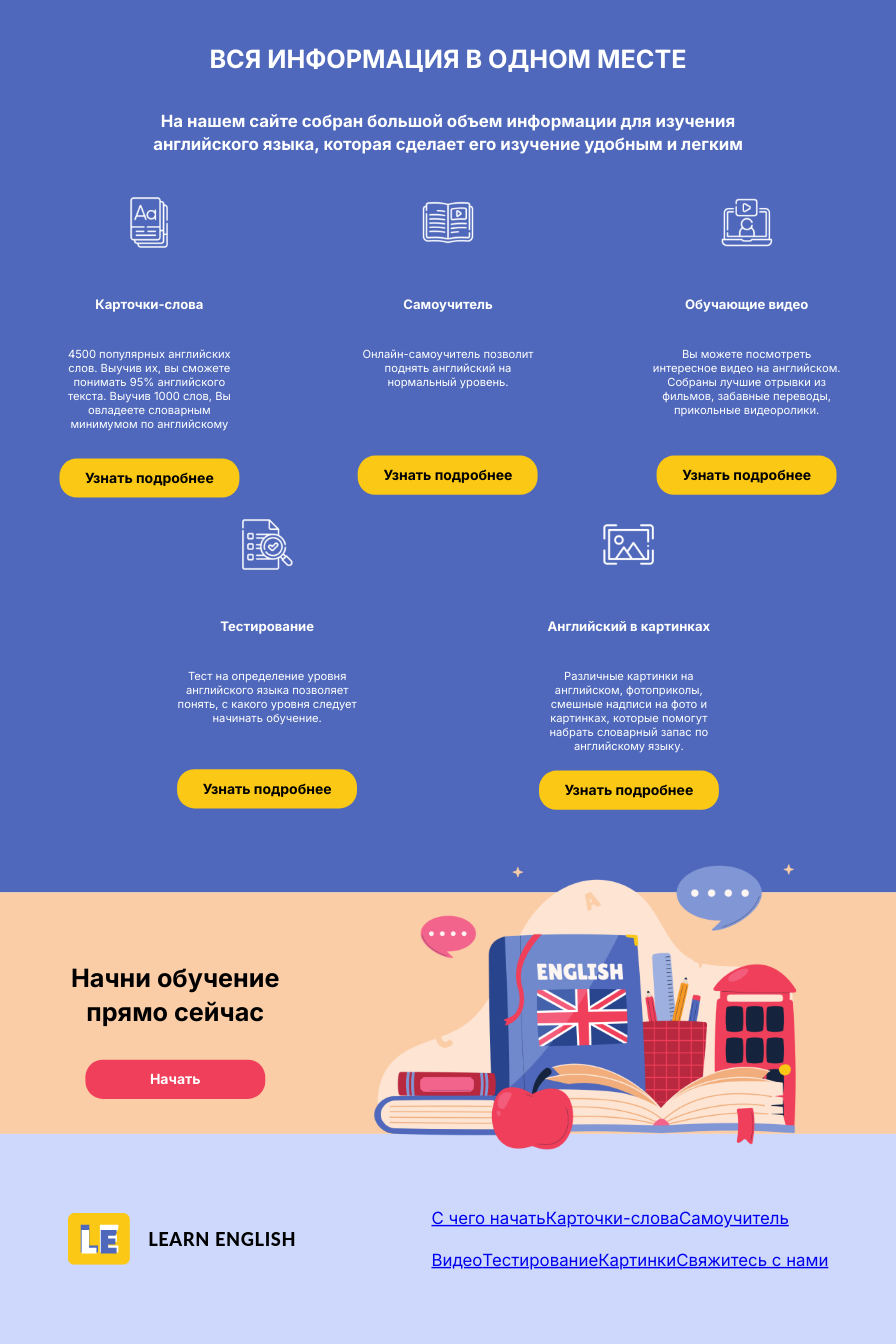
Repository: WladimirVA/Diplom
Page: scool/index.html
These files come from the project's save history. The page is drawn as it stood at one moment and after the next save; the edit follows.
The browser window is 1280 px wide. The pictures show the part of the page from y = 1377 to 3297 px (the page is 3297 px tall), at 70% of full size.

Above is the page before, as saved 2023-07-19 15:02:07.

### scool/index.html
<!DOCTYPE html>
<html lang="en">
<head>
    <meta charset="UTF-8">
    <meta name="viewport" content="width=device-width, initial-scale=1.0">
    <link href="./css/index.css" rel="stylesheet" type="text/css">
    <link href="../static/css/fonts.css" rel="stylesheet" type="text/css">
    <link rel="icon" sizes="16x16" href="./img/Vector.svg" type="image/x-icon">
    <title>Learn english</title>
</head>
<body>
    <header class="header" di="HOME">
        <div class="section">
            <div class="section-header">
                <div class="logo">
                    <img src="./img/Vector.svg">
                    <p>Learn english</p>
                </div>
                <div>

                    <ul class="ddropdownn">
                        <li class="ddropdownn-top">
                        <a class="ddropdownn-top" href="#">С чего начать</a>
                        </li>
                        <li class="ddropdownn-top">
                            <a class="ddropdownn-top" href="mailto:dyadichenko_va@mail.ru">Свяжитесь с нами</a>
                        </li>
                        <li class="ddropdownn-top">
                        <a class="ddropdownn-top" href="#">Обучение &#9660;</a>
                            <ul class="ddropdownn-inside">
                                <li><a href="/">Карточки-слова</a></li>
                                <li><a href="/">Самоучитель</a></li>
                                <li><a href="/">Видео</a></li>
                                <li><a href="/">Тестирование</a></li>
                                <li><a href="/">Картинки</a></li>
                            </ul>
                        </li>

                    </ul>
                </div>
            </div>
        </div>
    </header>
    <main>
        <section class="BEGINNES">
            <div class="section">
                <div class="content-beginners">
                    <div class="beginners-inf">
                        <h1>Английский <br>для начинающих</h1>
                        <p>Огромный объём <span  style="font-weight:900"> бесплатный <br></span> информации для изучения английского языка</p>
                        <div>
                            <ul class="home_ul">
                                <li class="home_li"><img class="check" src="./img/Иконка _Галочка_ 3.svg">Без регистрации</li>
                                <li class="home_li"><img class="check" src="./img/Иконка _Галочка_ 3.svg">Удобно и легко</li>
                            </ul>
                        </div>
                        <div class="buttonsHome">
                            <form action="#" method="post">
                                <button class="button_home">Начать обучение</button>
                            </form>
                        </div>
                    </div>
                    <div class="beginners-img">
                        <img src="./img/BACKGROUND.png" alt="foto">
                    </div>
                </div>
            </div>
        </section>
        <section class="LEARNING">
            <div class="section">
                <div class="content-learning">
                    <h1>С чего начать изучение<br> английского языка</h1>
                        <div class="learning">
                            <div class="img-learning">
                                <img src="./img/Group 31.png" alt="foto">
                            </div>
                            <div class="learning-text">
                                <div>
                                    <p class="popular">Самым популярным языком в мире является английский язык</p>
                                </div>
                                <div class="learning-text-img">
                                    <img src="./img/1.png" alt="number1">
                                    <p>Если у Вас уже есть определённые знания английского языка, проверьте свой уровень владения языком с помощью онлайн-тестирования, созданного по междунарожным стандартам</p>
                                </div>
                                <div class="learning-text-img">
                                    <img src="./img/2.png" alt="number2">
                                    <p>Если Вы решили изучать английский впервые, то начните с карточек-слов. Каждый день пробегайте по 20-100 слов</p>
                                </div>
                            </div>
                        </div>
                </div>
            </div>
        </section>
        <section class="INFORMATION">
            <div class="section">
                <div class="content-information">
                    <div class="information-text">
                        <h1>Вся информация в одном месте</h1>
                        <p>На нашем сайте собран большой объем информации для изучения <br> английского языка, которая сделает его изучение удобным и легким</p>
                    </div>
                </div>
                <div class="information">
                    <div class="information1">
                        <div class="a">
                            <img src="./img/Mask group.png" alt="foto">
                            <h3>Карточки-слова</h3>
                            <p>4500 популярных английских слов. Выучив их, вы сможете понимать 95% английского текста. Выучив 1000 слов,
                                Вы овладеете словарным минимумом по английскому</p>
                            <form class="buttton-inf1" action="#" method="post">
                                <button class="button_home">Узнать подробнее</button>
                            </form>
                        </div>
                        <div class="b">
                            <img src="./img/Mask group2.png" alt="foto">
                            <h3>Самоучитель</h3>
                            <p>Онлайн-самоучитель позволит поднять английский на нормальный уровень.</p>
                            <form class="buttton-inf2" action="#" method="post">
                                <button class="button_home">Узнать подробнее</button>
                            </form>
                        </div>
                        <div class="c">
                            <img src="./img/Mask group3.png" alt="foto">
                            <h3>Обучающие видео</h3>
                            <p>Вы можете посмотреть интересное видео на английском. Собраны лучшие отрывки из фильмов, забавные переводы, прикольные видеоролики.</p>
                            <form class="buttton-inf3" action="#" method="post">
                                <button class="button_home">Узнать подробнее</button>
                            </form>
                        </div>
                    </div>
                    <div class="information2">
                        <div class="d">
                            <img src="./img/Mask group4.png" alt="foto">
                            <h3>Тестирование</h3>
                            <p>Тест на определение уровня английского языка позволяет понять, с какого уровня следует начинать обучение.</p>
                            <form class="buttton-inf4" action="#" method="post">
                                <button class="button_home">Узнать подробнее</button>
                            </form>
                        </div>
                        <div class="e">
                            <img src="./img/Mask group5.png" alt="foto">
                            <h3>Английский в картинках</h3>
                            <p>Различные картинки на английском, фотоприколы, смешные надписи на фото и картинках, которые помогут набрать словарный запас по английскому языку.</p>
                            <form class="buttton-inf5" action="#" method="post">
                                <button class="button_home">Узнать подробнее</button>
                            </form>
                        </div>
                    </div>
                </div>
            </div>
        </section>
        <section class="TRANING">
            <div class="section">
                <div class="training">
                    <div class="training-inf">
                        <p>Начни обучение <br>прямо сейчас</p>
                        <form class="buttton-training1">
                            <button class="button_home buttton-training">Начать</button>
                        </form>
                    </div>
                    <div class="training-img">
                        <img src="./img/image 2 (3).png" alt="number2">
                    </div>
                </div>
            </div>
        </section>
    </main>
    <footer class="FOOTER">
        <div class="section">
            <div class="section-footer">
                <div class="logo">
                    <img src="./img/Vector.svg">
                    <p>Learn english</p>
                </div>
                <div class="ddropdownn-footer">
                    <div class="ddropdownn-menu">
                        <ul class="ddropdownn1">
                            <li><a href="#">С чего начать</a></li>
                            <!-- <li><a href="#">Обучение</a></li> -->
                            <li><a href="#">Карточки-слова</a></li>
                            <li><a href="#">Самоучитель</a></li>
                        </ul>
                    </div>
                    <div class="ddropdownn-menu">
                        <ul class="ddropdownn2">
                            <li><a href="#">Видео</a></li>
                            <li><a href="#">Тестирование</a></li>
                            <li><a href="#">Картинки</a></li>
                            <li><a class="link" href="mailto:dyadichenko_va@mail.ru">Свяжитесь с нами</a></li>
                        </ul>
                    </div>
                </div>
            </div>
        </div>
    </footer>
</body>
</html>

### scool/css/index.css
body {
    scroll-behavior: smooth;
    align-items: center;
    width: 100%;
    max-width: 1366px;
    margin: auto;
    font-family: 'Inter', 'Work Sans', "NunitoSans-Light", Arial, Helvetica, sans-serif;
}
* {
    margin: 0;
    padding: 0;
}

.logo {
    display: flex;
    align-items: center;
}

.logo p {
    font-family: Lato;
    font-size: 26px;
    font-weight: 800;
    line-height: 48px;
    letter-spacing: 0.035em;
    text-align: left;
    text-transform: uppercase;
    padding-left: 1em;
}

/* Стили выпадающего списка */
ul.ddropdownn li {/* Считаем координаты относительно исходного места. */
    position: relative; }
ul.ddropdownn, ul.ddropdownn-inside {
    /* Отступы на нуле. */
    padding: 0;
    /* Маркеры уберем. */
    list-style-type: none;
    }
ul.ddropdownn-inside {
    /* Спрячем дочерние элементы выпадающего списка. */
    left: -9999px;
    position: absolute;
    }
ul.ddropdownn li.ddropdownn-top {
    /* Небольшой отступ. */
    margin: 20px 1px 0 0;
    /* Выравнивание по левой стороне. */
    float: left;
    display: inline;
    }
ul.ddropdownn li.ddropdownn-top a {
    /* Делаю элементы блочными. */
    display: block;
    /* Снова отступы. */
    padding: 3px 30px 4px;
    text-decoration: none;
    color: black;
    font-family: Inter;
    width: 145px;
    }
/* ul.ddropdownn a.ddropdownn-top {/* Цвет фона. */ background: #FEF6F3; } */
ul.ddropdownn a.ddropdownn-top:hover {/* Отступы. */ padding: 13px 20px 4px; }
ul.ddropdownn li.ddropdownn-top:hover .ddropdownn-inside {
    left: 0;
    /* Делаю элементы блочными. */
    display: block;
    }
ul.ddropdownn .ddropdownn-inside {/* Цвет фона. */ background: #FEF6F3; }
ul.ddropdownn .ddropdownn-inside a:hover {/* Цвет фона изменится при наведении. */
    background: #FEF6F3; }


@media screen and (max-width: 745px) {
    .header-nav {
        display: block;
        padding-top: 0px;
    }
}


.section-header {
    display: flex;
    justify-content: space-between;
    background-color: #FEF6F3;
    padding: 5px 0px 0 70px;

}

.BEGINNES {
    background: #FEF6F3;
}

.content-beginners {
    display: flex;
    justify-content: space-between;
}

.beginners-inf {
    padding: 50px 0 0 70px;
}

.beginners-inf h1 {
    font-family: Inter;
    font-size: 44px;
    font-weight: 700;
    line-height: 48px;
    letter-spacing: -0.08em;
    text-align: left;
    text-transform: uppercase;
    font-family: Inter;
    font-size: 45px;
    font-weight: 700;
    line-height: 48px;
    letter-spacing: 0.035em;
    text-align: left;
}

.beginners-img img {
    width: 100%;
    height: auto;
}

.beginners-inf p {
    margin-top: 50px;
}

.content-beginners {
    font-family: Inter;
    font-size: 22px;
    font-weight: 700;
    line-height: 24px;
    letter-spacing: 0em;
    text-align: left;

    font-family: Inter;
    font-size: 22px;
    font-weight: 500;
    line-height: 24px;
    letter-spacing: 0em;
    text-align: left;

    font-family: Inter;
    font-size: 20px;
    font-weight: 500;
    line-height: 24px;
    letter-spacing: 0em;
    text-align: left;
}

.home_ul {
    list-style-type: none;
    padding: 20px 0 20px 0;
}

.check {
    margin-left: 15px;
}

.button_home {
    font-family: Inter;
    font-size: 20px;
    font-weight: 700;
    line-height: 24px;
    letter-spacing: 0em;
    text-align: center;
    background:#FBC815;
    border-style: none;
    border-radius: 25px;
    width: 257px;
    height: 56px;
}

.LEARNING {
    background: #FDE4D3;
}

.learning {
    display: flex;
    justify-content: space-evenly;
}

.img-learning img {
    width: 100%;
    height: auto;
}

.content-learning h1 {
    text-align: center;
    text-transform: uppercase;
    font-family: Inter;
    font-size: 36px;
    font-weight: 700;
    line-height: 48px;
    letter-spacing: 0em;
    text-align: center;
    padding-top: 65px;

}

.popular {
    margin-left: 20px;
}

.learning-text {
    max-width: 550px;
    margin-top: 50px;
}

.learning-text p {
    font-family: Inter;
    font-size: 20px;
    font-weight: 500;
    line-height: 24px;
    letter-spacing: 0em;
    text-align: left;
}

.learning-text-img {
    margin-top: 60px;
}

.learning-text-img p {
    margin: -38px 0 0 20px;
}

.INFORMATION {
    background: #4F68BB;
    height: 1275px;
}

.information-text {
    text-align: center;
    color: #FFFFFF;
    /* max-width: 932px; */
}


.content-information h1 {
    font-family: Inter;
    font-size: 36px;
    font-weight: 700;
    line-height: 48px;
    letter-spacing: 0em;
    text-align: center;
    text-transform: uppercase;
    padding: 60px 0 50px 0;
}

.content-information p {
    font-family: Inter;
    font-size: 24px;
    font-weight: 700;
    line-height: 32px;
    letter-spacing: 0em;
    text-align: center;
}


.information1 {
    color: #FFFFFF;
    height: 400px;
    text-align: center;
    display: flex;
    justify-content: space-around;
    margin: 60px 0 0 0;
}

.information1 p {
    max-width: 270px;
}

.information1 h3 {
    padding: 65px 0 50px 0;
}

.information2 {
    color: #FFFFFF;
    height: 400px;
    text-align: center;
    margin: 60px 0 0 0;
    display: flex;
    justify-content: space-evenly;
}

.information2 p {
    max-width: 270px;
}
.information2 h3 {
    padding: 65px 0 50px 0;
}

.buttton-inf1 {
    margin-top: 39px;
}
.buttton-inf2 {
    margin-top: 95px;
}
.buttton-inf3 {
    margin-top: 55px;
}
.buttton-inf4 {
    padding-top: 63px;
}
.buttton-inf5 {
    padding-top: 25px;
}

.TRANING {
    background:rgba(251, 205, 166, 1);
    height: 345px;
}

.training {
    display: flex;
    align-items: center;
    justify-content: space-evenly;
}

.training-inf {
    display: block;
    text-align: center;
}

.training-inf p {
    font-family: Inter;
    font-size: 36px;
    font-weight: 700;
    line-height: 48px;
    letter-spacing: 0em;
    text-align: center;
}

.buttton-training1 {
    padding-top: 45px;
}

.buttton-training {
    color: #FFFFFF;
    font-family: Inter;
    font-size: 20px;
    font-weight: 700;
    line-height: 24px;
    letter-spacing: 0em;
    text-align: center;
   background: rgba(240, 63, 90, 1);
}

.training-img {
    margin-top: -60px;
}

.FOOTER {
    background:rgba(205, 216, 252, 1);
    height: 300px;
    align-items: center;
    display: grid;
    justify-items: stretch;
}

.section-footer {
    display: flex;
    justify-content: space-around
}

.ddropdownn-footer {
    display: flex;
    flex-direction: column;
}

.ddropdownn-menu {
    display: flex;
}

.ddropdownn1 {
    display: flex;
    font-family: Inter;
    font-size: 24px;
    font-weight: 400;
    line-height: 20px;
    letter-spacing: 0em;
    text-align: left;
    list-style-type:none
}

.ddropdownn2 {
    display: flex;
    font-family: Inter;
    font-size: 24px;
    font-weight: 400;
    line-height: 20px;
    letter-spacing: 0em;
    text-align: left;
    list-style-type: none;
    margin: 40px 0 0 0;
}

### static/css/fonts.css
/* @import url('https://fonts.googleapis.com/css2?family=Work+Sans:ital,wght@0,600;0,800;1,800&display=swap'); */


/* @import url('https://fonts.googleapis.com/css2?family=Inter:wght@400;500;600;700;800&family=Work+Sans:ital,wght@0,600;0,800;1,800&display=swap'); */


@import url('https://fonts.googleapis.com/css2?family=Inter:wght@100;200;300;400;500;600;700;800;900&display=swap');

@import url('https://fonts.googleapis.com/css2?family=Inter:wght@100;200;300;400;500;600;700;800;900&family=Work+Sans:ital,wght@0,100;0,200;0,300;0,400;0,500;0,600;0,700;0,800;0,900;1,100;1,200;1,300;1,400;1,500;1,600;1,700;1,800;1,900&display=swap');

After the next save:
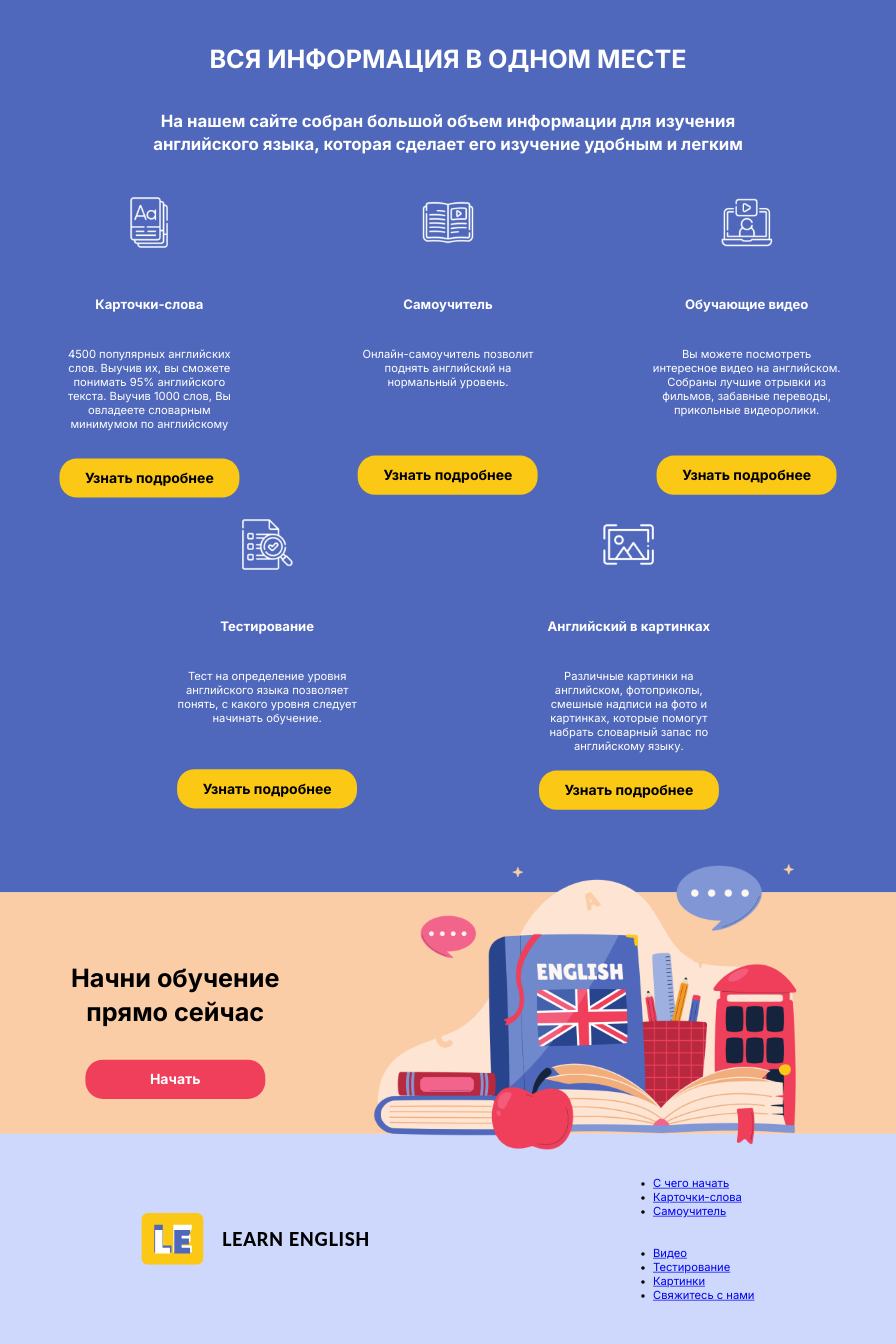
Saved 2 min 0 s later.
--- a/scool/css/index.css
+++ b/scool/css/index.css
@@ -371,7 +371,7 @@ ul.ddropdownn .ddropdownn-inside a:hover {/* Цвет фона изменитс
     display: flex;
 }
 
-.ddropdownn1 {
+.ddropdownn1 .ddropdownn2{
     display: flex;
     font-family: Inter;
     font-size: 24px;
@@ -383,13 +383,5 @@ ul.ddropdownn .ddropdownn-inside a:hover {/* Цвет фона изменитс
 }
 
 .ddropdownn2 {
-    display: flex;
-    font-family: Inter;
-    font-size: 24px;
-    font-weight: 400;
-    line-height: 20px;
-    letter-spacing: 0em;
-    text-align: left;
-    list-style-type: none;
     margin: 40px 0 0 0;
 }
